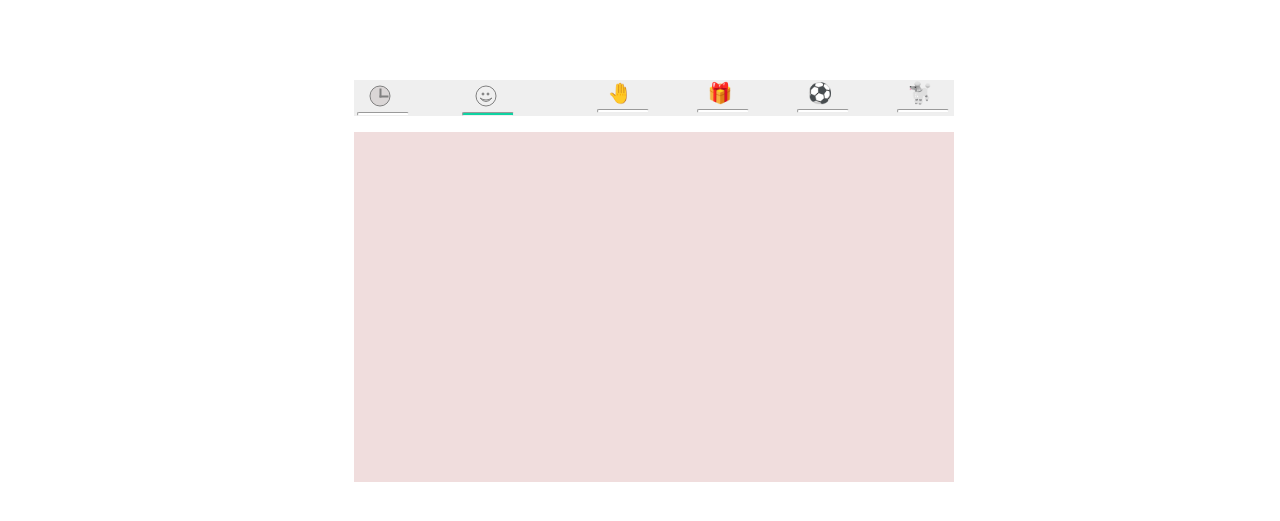
Repository: Gaj123-coder/emoji-search-app
Page: /
These files come from the project's save history. The page is drawn as it stood at one moment and after the next save; the edit follows.
The browser window is 1280 px wide. The pictures show the whole page.
The project was rebuilt for these pictures with package versions that can differ from the ones it lists, and the page was loaded fresh each time.

Above is the page before, as saved 2021-10-31 12:23:12.

### public/index.html
<!DOCTYPE html>
<html>
    <head>
        <title>Emoji Search</title>
        <meta charset="UTF-8">
        <meta name="author" content="Gajanan C Hegde">
        <meta name="description" content="A simple emoji search app using React JS">
        <meta name="view-port" content="width=device-width,initial-scale=1">
        <meta property="og:title" content="emoji">
        <meta property="og:description" content="An emoji searh app">
        <meta property="og:url" content="http://www.emojis..com">
        <meta property="og:image" content="https://seeklogo.com/images/S/smile-with-glasses-emoji-logo-0C5A7F9874-seeklogo.com.png">
        <meta property="twitter:title" content="Emoji Search">
        <meta property="twitter:image" content="https://seeklogo.com/images/S/smile-with-glasses-emoji-logo-0C5A7F9874-seeklogo.com.png">
        <meta property="twitter:description" content="A simple recat js emloji search app">
        <meta property="twitter:card" content="summary_large_page">
        <meta property="facebook:title" content="Emoji Search">
        <meta property="facebook:image" content="https://seeklogo.com/images/S/smile-with-glasses-emoji-logo-0C5A7F9874-seeklogo.com.png">
        <meta property="facebooks:description" content="A simple react app for emoji search">
        <meta proprty="facebook:url" content="https://www.emojis.com">
        <link rel="canonical" href="index.html"/>
    </head>
    <body>
        <div id="root"></div>
    </body>
</html>

### src/App.js
import React, { useState } from "react";
import Res from "./Components/Result/result";
import "./App.css";
function App() {
  const [emotion, setEmotion] = useState("smiley1");
  const emotionSelector = (event) => {
    event.preventDefault();
    const ref_id = event.target.id;
    setEmotion(ref_id);
  };
  console.log(emotion);
  return (
    <React.Fragment>
      <form className="dec">
        <button
          type="submit"
          id="recent1"
          className="dec-child"
          onClick={emotionSelector}
        >
          <svg>
            <circle
              cx="20"
              cy="15"
              r="10px"
              stroke="grey"
              strokeWidth="1px"
              fill="rgb(218, 214, 214)"
            />
            <rect
              x="20"
              y="8"
              width="1px"
              height="8px"
              stroke="grey"
              strokeWidth="1px"
              fill="rgb(218, 214, 214)"
            />
            <rect
              x="20"
              y="15"
              width="8px"
              height="1px"
              stroke="grey"
              strokeWidth="1px"
              fill="rgb(218, 214, 214)"
            />
          </svg>
          <hr
            className="cir-pos"
            style={{
              width: "50px",
              borderRadius: "200px",
              height: "2px",
              backgroundColor:
                "recent1" === emotion ? "rgb(14, 211, 162)" : "white",
            }}
          ></hr>
        </button>
        <button
          type="submit"
          id="smiley1"
          className="dec-child"
          onClick={emotionSelector}
        >
          <svg>
            <circle
              cx="26"
              cy="15"
              r="10px"
              stroke="grey"
              strokeWidth="1px"
              fill="none"
            />
            <path
              d="M20 17 Q26 21 32 17"
              stroke="grey"
              strokeWidth="1px"
              fill="none"
            />
            <path
              d="M20 17 Q26 24 32 17"
              stroke="grey"
              strokeWidth="1px"
              fill="none"
            />
            <circle
              cx="23"
              cy="13"
              r="1"
              stroke="grey"
              strokeWidth="1px"
              fill="grey"
            />
            <circle
              cx="28"
              cy="13"
              r="1"
              stroke="grey"
              strokeWidth="1px"
              fill="grey"
            />
          </svg>
          <hr
            className="smil-pos"
            style={{
              width: "50px",
              borderRadius: "200px",
              height: "2px",
              backgroundColor:
                "smiley1" === emotion ? "rgb(14, 211, 162)" : "white",
            }}
          ></hr>
        </button>
        <button
          type="submit"
          id="hands1"
          className="dec-child"
          onClick={emotionSelector}
        >
          <p style={{ fontSize: "20px" }}>&#129306;</p>
          <hr
            className="rem-pos"
            style={{
              width: "50px",
              borderRadius: "200px",
              height: "2px",
              backgroundColor:
                "hands1" === emotion ? "rgb(14, 211, 162)" : "white",
            }}
          />
        </button>
        <button
          type="submit"
          id="gift1"
          className="dec-child"
          onClick={emotionSelector}
        >
          <p style={{ fontSize: "20px" }}>&#127873;</p>
          <hr
            className="rem-pos"
            style={{
              width: "50px",
              borderRadius: "200px",
              height: "2px",
              backgroundColor:
                "gift1" === emotion ? "rgb(14, 211, 162)" : "white",
            }}
          />
        </button>
        <button
          type="submit"
          id="sports1"
          className="dec-child"
          onClick={emotionSelector}
        >
          <p style={{ fontSize: "20px" }}>&#9917;</p>
          <hr
            className="rem-pos"
            style={{
              width: "50px",
              borderRadius: "200px",
              height: "2px",
              backgroundColor:
                "sports1" === emotion ? "rgb(14, 211, 162)" : "white",
            }}
          />
        </button>
        <button
          type="submit"
          id="animals1"
          className="dec-child"
          onClick={emotionSelector}
        >
          <p style={{ fontSize: "20px" }}>&#128041;</p>
          <hr
            className="rem-pos"
            style={{
              width: "50px",
              borderRadius: "200px",
              height: "2px",
              backgroundColor:
                "animals1" === emotion ? "rgb(14, 211, 162)" : "white",
            }}
          />
        </button>
      </form>
      <Res emotion={emotion} />
    </React.Fragment>
  );
}

export default App;

### src/Components/Result/result.js
import Em from "./res.module.css";
import {sad1,worry1,angry1,happy1,smiley1,animals1,peace1,love1,joy1,laugh1,gift1,smile1,hands1,sports1,supper1,evil1,shy1,tasty1,confuse1,sleepy1} from "../emotions";
import { useEffect, useState } from "react";
const Res=(props)=>{
    const [data,setData]=useState(smiley1);
    useEffect(()=>{
        console.log(props);
        if(props.emotion=="smiley1"){
            setData(smiley1);
        }

    },[]);
    return (
        <div className={Em["emoji"]}>
            {data.map((val)=>{
                <div>
                    <p style={{fontSize:"40px"}}>&#128527;</p>
                </div>
            })}
        </div>
    );

}

export default Res;

### src/App.css
.dec{
  width: 700px;
  height:36px;
  position: relative;
  left:19rem;
  top:5rem;
  display:flex;
  flex-direction:row;
  flex-wrap:nowrap;
  align-items: center;
  justify-content: center;
}

.dec-child>svg{
  width:inherit;
  height:inherit;
}

.dec-child{
  height:36px;
  width:100px;
}

.dec-child>p{
  position: relative;
  left:1rem;
  display: inline;
}

.dec-child>hr{
  width:"50px";
  border-radius:"200px";
  height:"2px";
  background-color:"rgb(14, 211, 162)";
}

.cir-pos{
  position: relative;
  right:1.3rem;
  bottom: 0.9rem;
}

.smil-pos{
  position: relative;
  right:1rem;
  bottom: 0.9rem;
}

.rem-pos{
  position: relative;
  left:1.2rem;
  bottom:3px;
}

.dec-child,.dec-child:hover,:active{
  border:none;
  margin:none;
}

### src/Components/Result/res.module.css
.emoji{
    width: 600px;
    height:350px;
    position: relative;
    left:22.1rem;
    top:6rem;
    background-color: rgb(240, 221, 221);
    display: grid;
    grid-template-rows:100px 100px 100px;
    grid-template-columns: 100px 100px 100px 100px;
}

### src/Components/emotions.js
const sad=["128524","128528",'128530',"128532","128542","128546","128549","128557"]
const worry=["128524","128529","128531","128532","128533","128543","128552","128553"]
const angry=["128520","128544","128545","128548","12855"]
const happy=["128512","128513","128514","128518","128522"]
const love=["128525","128535","128536","128537","128538"]
const joy=["128513","128517","128519","128521","128539","128540","128541"]
const laugh=["128513","128514","128518"]
const smile=["128512","128516"]
const gift=["127873","127891","127894","127874","127879","129395","127882","127876"]
const sports=["127939","127943","127947","","","","","","",""]
const hands=["128075","128588","129309","65039","128591","128077","129305","129304","128076","129306"]
const supper=["128526","128527"]
const peace=["128512","128515","128516","128519"]
const evil=["128520"]
const shy=["128522"]
const tasty=["128523"]
const confuse=["128534","128533","128550"]
const sleepy=["128554"]
const animals=["128053","128018","129421","128054","128021","128041","129418","129409","128047"]
const smiley=["128512","128513","128514","128515","128516","128517","128518","128519","128520","128521","128522","128523","128524","128525",
"128526","128527","128528","128529","128530","128531","128532","128533","128534","128535","128536","128537","128538","128539","128540"]

export const smiley1=smiley;
export const peace1=peace;
export const sad1=sad;
export const happy1=happy;
export const worry1=worry;
export const angry1=angry;
export const love1=love;
export const joy1=joy;
export const laugh1=laugh;
export const gift1=gift;
export const smile1=smile;
export const sports1=sports;
export const hands1=hands;
export const supper1=supper;
export const evil1=evil;
export const shy1=shy;
export const tasty1=tasty;
export const confuse1=confuse;
export const sleepy1=sleepy;
export const animals1=animals;

Loaded but not shown: src/index.js (common file); src/index.css (common file)

After the next save:
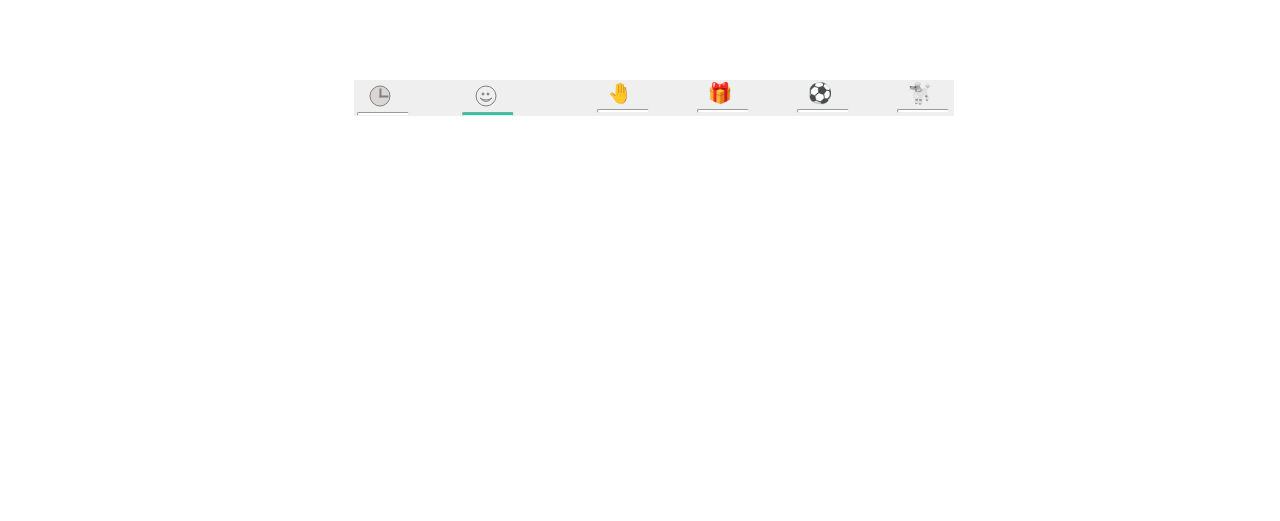
Saved 27 s later.
--- a/src/Components/Result/res.module.css
+++ b/src/Components/Result/res.module.css
@@ -4,7 +4,6 @@
     position: relative;
     left:22.1rem;
     top:6rem;
-    background-color: rgb(240, 221, 221);
     display: grid;
     grid-template-rows:100px 100px 100px;
     grid-template-columns: 100px 100px 100px 100px;

After the 3 saves that followed:
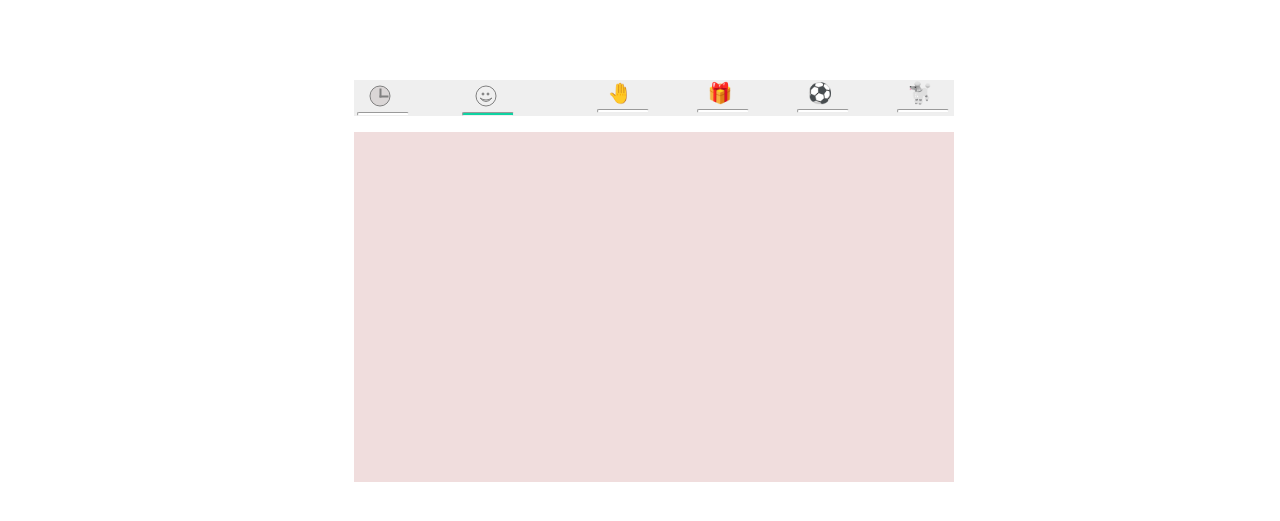
The 3 saves are shown as one change because 1 left the picture as it was and some came seconds apart.
The last was saved 41 s later.
--- a/src/Components/Result/res.module.css
+++ b/src/Components/Result/res.module.css
@@ -4,6 +4,7 @@
     position: relative;
     left:22.1rem;
     top:6rem;
+    background-color: rgb(240, 221, 221);
     display: grid;
     grid-template-rows:100px 100px 100px;
     grid-template-columns: 100px 100px 100px 100px;
